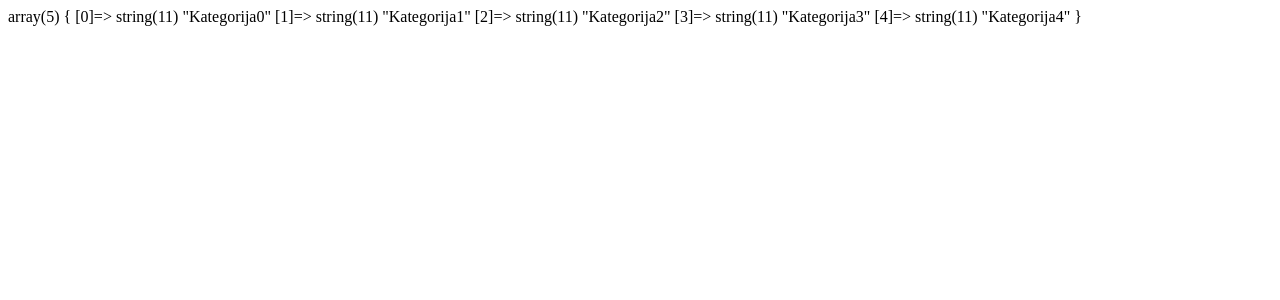
Repository: motiejus1/18-paskaita-PHP-05.31
Page: http://localhost/testavimas/dvimatismasyvas.php
The author's editor kept a copy of each file at every save. The page is drawn from the files as they stood at one save, then again after the next save.
The browser window is 1280 px wide. The pictures show the whole page.
The page is run by PHP 8.4 with error messages shown; the project is at /var/www/html/.

Above is the page before, as saved 2021-09-20 18:20:33.

After the next save:
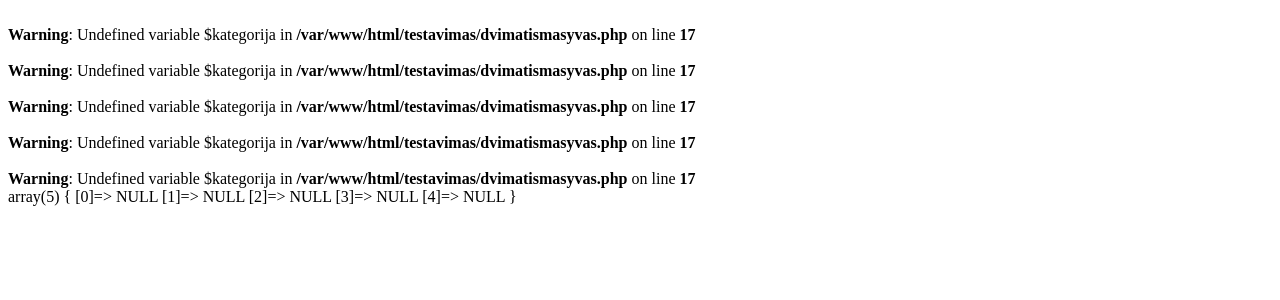
Saved 5 s later.
--- a/testavimas/dvimatismasyvas.php
+++ b/testavimas/dvimatismasyvas.php
@@ -11,7 +11,7 @@ $knygos = [];
 
 for($i=0; $i < 5; $i++) {
 
-    $kategorija = "Kategorija".$i;
+    // $kategorija = "Kategorija".$i;
 
 
     $knygos[$i] = $kategorija;
